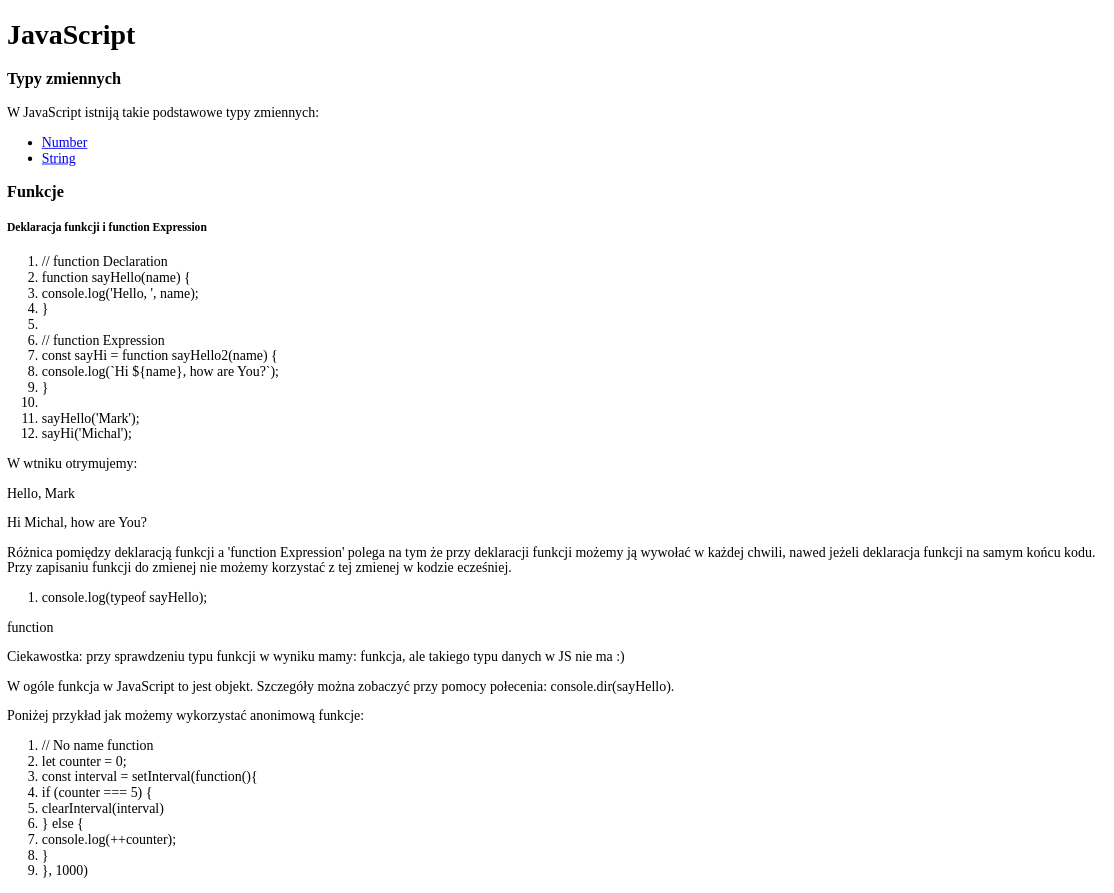
Repository: romanstetsiuk1/JS_learn
Page: noteJavaScript.html
An editor plug-in stored every save of this project. The page is shown before and after the next save, followed by the edit.
The browser window is 1280 px wide. The pictures show the whole page, at 87% of full size.

Above is the page before, as saved 2020-08-19 18:06:07.

After the next save:
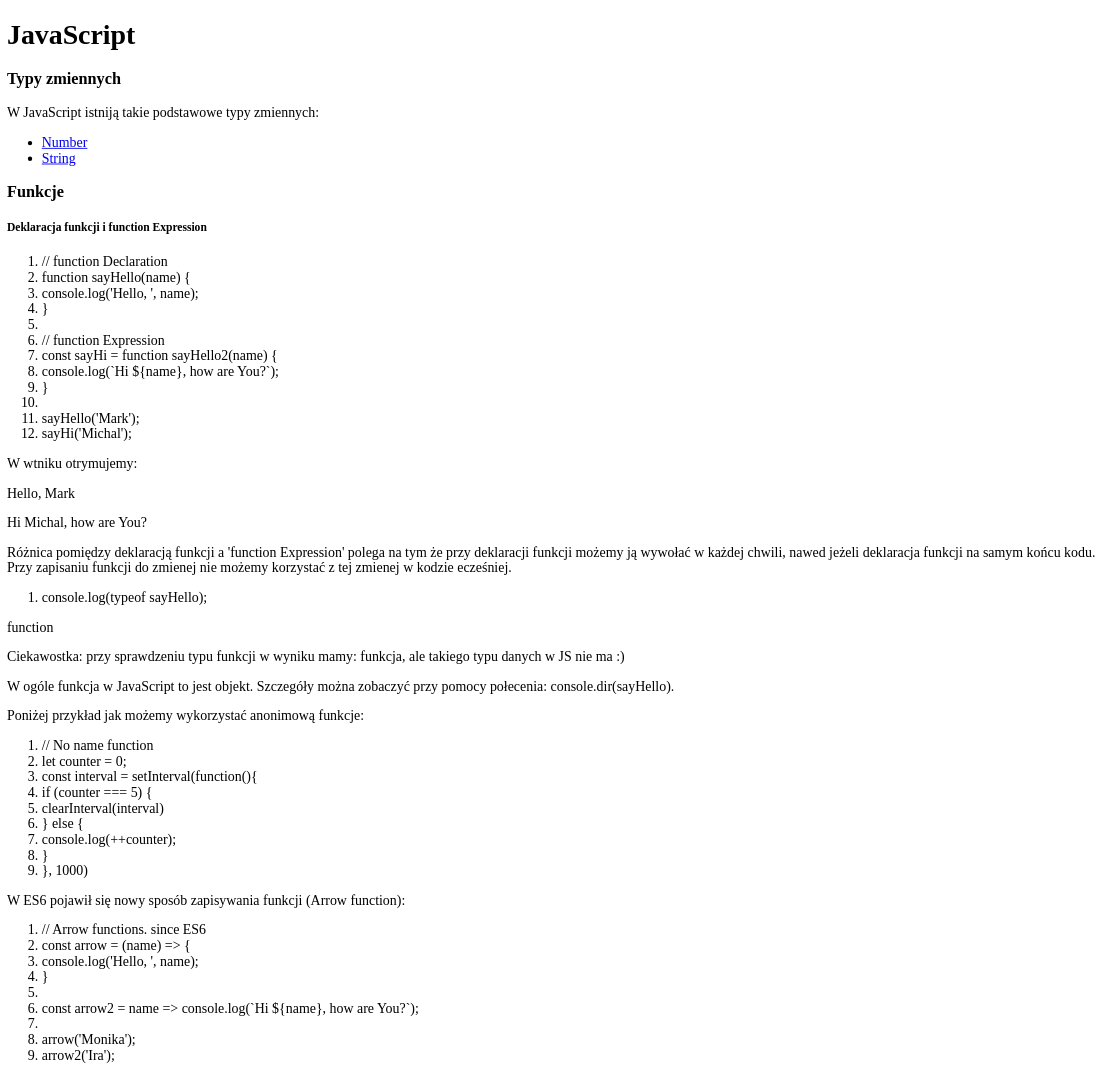
Saved 6 min 43 s later.
--- a/noteJavaScript.html
+++ b/noteJavaScript.html
@@ -78,6 +78,21 @@
           </ol>
         </div>
 
+        <p>W ES6 pojawił się nowy sposób zapisywania funkcji (Arrow function):</p>
+        <div class="vsCode">
+          <ol>
+            <li>// Arrow functions. since ES6</li>
+            <li>const arrow = (name) => {</li>
+            <li>console.log('Hello, ', name);</li>
+            <li>}</li>
+            <li></li>
+            <li>const arrow2 = name => console.log(`Hi ${name}, how are You?`);</li>
+            <li></li>
+            <li>arrow('Monika');</li>
+            <li>arrow2('Ira');</li>
+          </ol>
+        </div>
+
     </article>
 
   </main>
